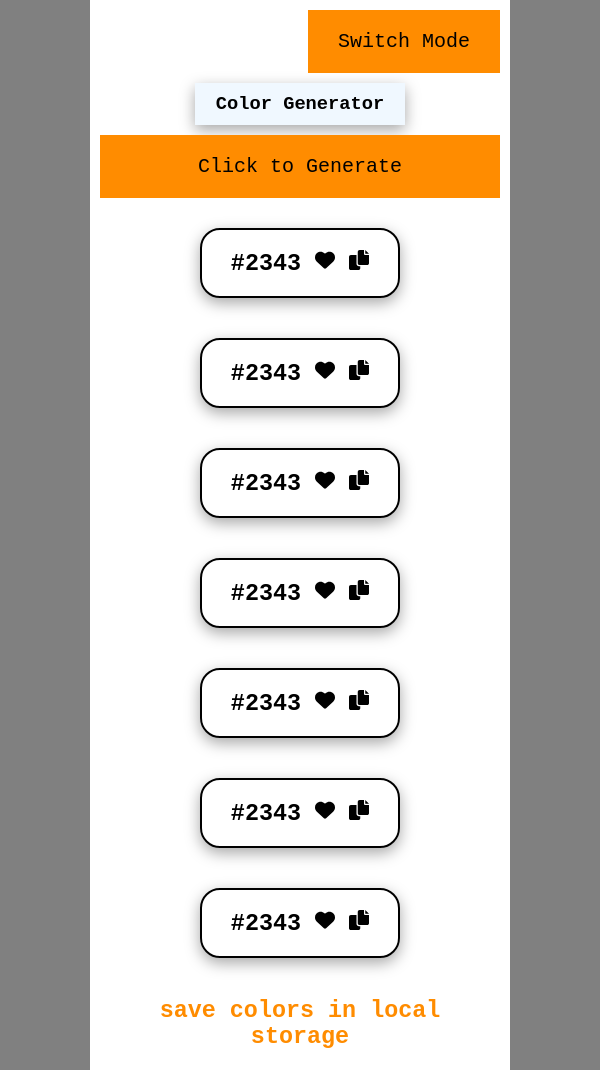
Repository: subhaDTECH/color-task
Page: index.html
An editor plug-in stored every save of this project. The page is shown before and after the next save, followed by the edit.
The browser window is 600 px wide. The pictures show the whole page.

Above is the page before, as saved 2022-02-20 07:33:44.

After the next save:
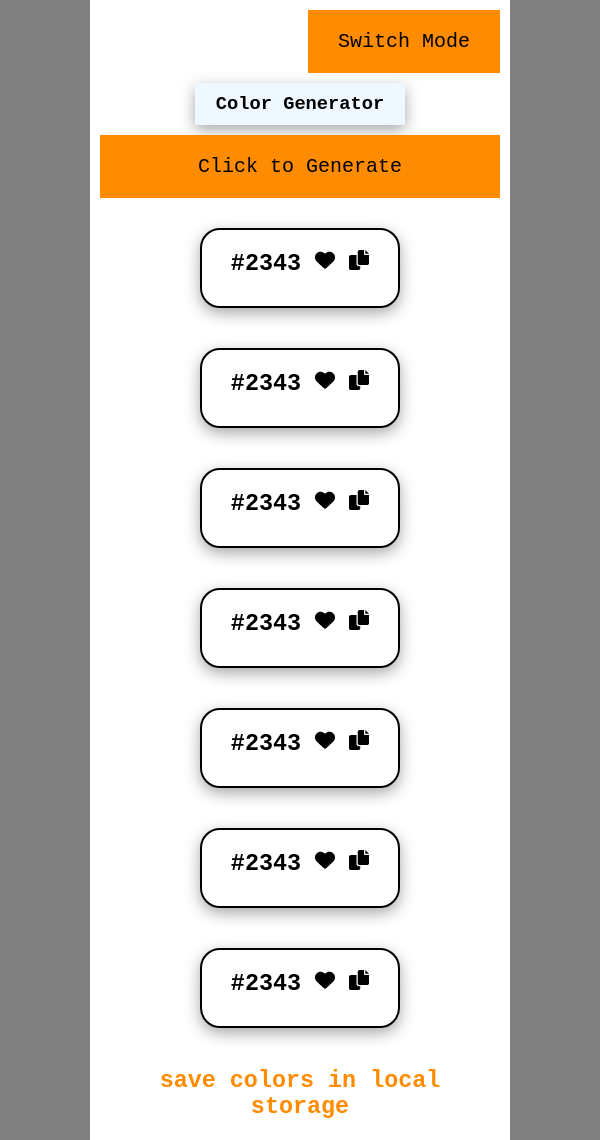
Saved 59 s later.
--- a/style.css
+++ b/style.css
@@ -94,7 +94,7 @@
 
 .color{
     width: 200px;
-    height: 70px;
+    height: 80px;
 }
 .color-generator{
     width: 100vw;
